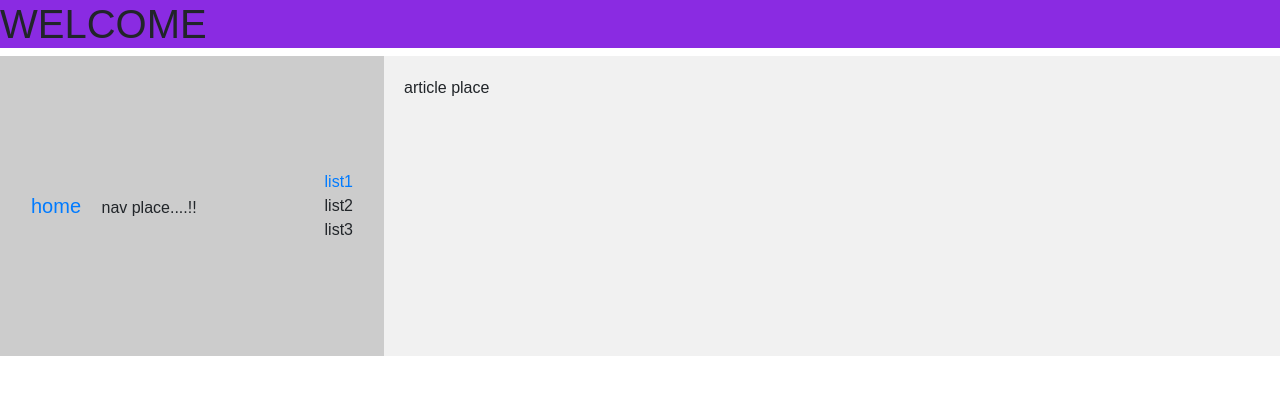
Repository: idrice24/IDRICE24-DASHBOARD
Page: html/header.html
The author's editor kept a copy of each file at every save. The page is drawn from the files as they stood at one save, then again after the next save.
The browser window is 1280 px wide. The pictures show the whole page.

Above is the page before, as saved 2020-09-03 23:04:57.

After the next save:
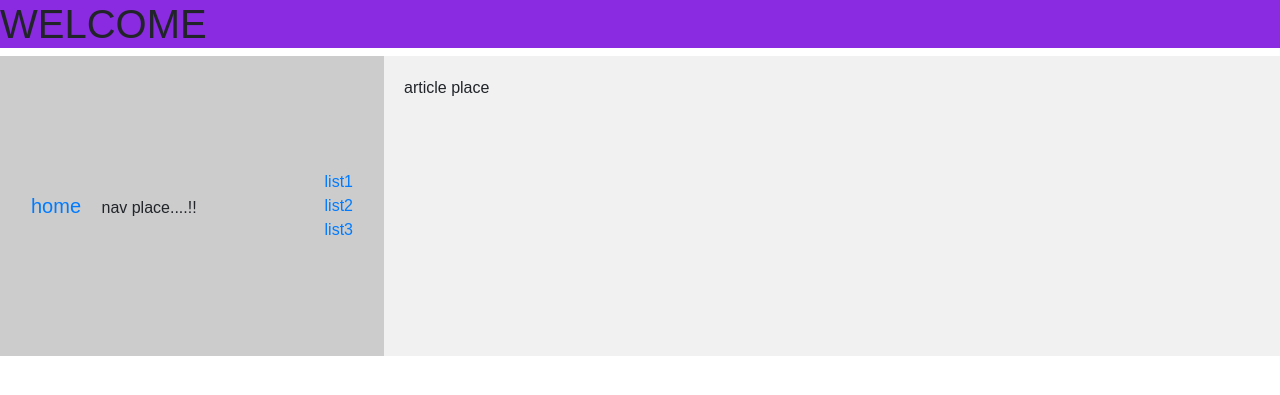
Saved 42 s later.
--- a/html/header.html
+++ b/html/header.html
@@ -21,8 +21,8 @@
                 </div>
                 <ul class="nav navbar-nav">
                     <li class="active"><a href="#">list1</a></li>
-                    <li>list2</li>
-                    <li>list3</li>
+                    <li><a href="#">list2</a></li>
+                    <li><a href="#">list3</a></li>
                 </ul>
         </nav>
         <article>article place</article>
